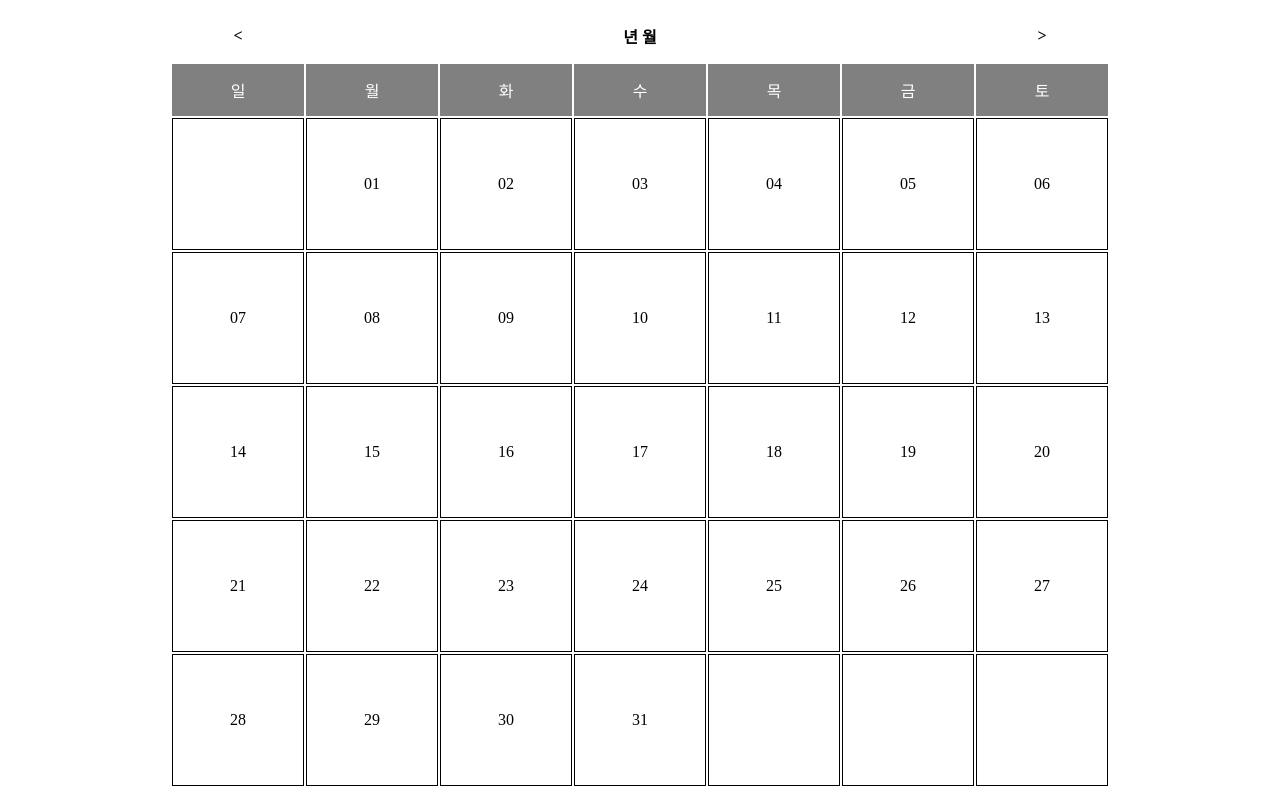
Repository: GreenPineTree/ProjectMoon
Page: http://localhost/ProjectMoon/WEB-INF/views/accountbook/assetmanageView_2.jsp
The author's editor kept a copy of each file at every save. The page is drawn from the files as they stood at one save, then again after the next save.
The browser window is 1280 px wide. The pictures show the whole page.
The page is served by Tomcat 9. Nobody is signed in. The template is opened directly, without the code that normally fills it, so the values that code supplies are empty.

Above is the page before, as saved 2023-04-02 11:46:53.

After the next save:
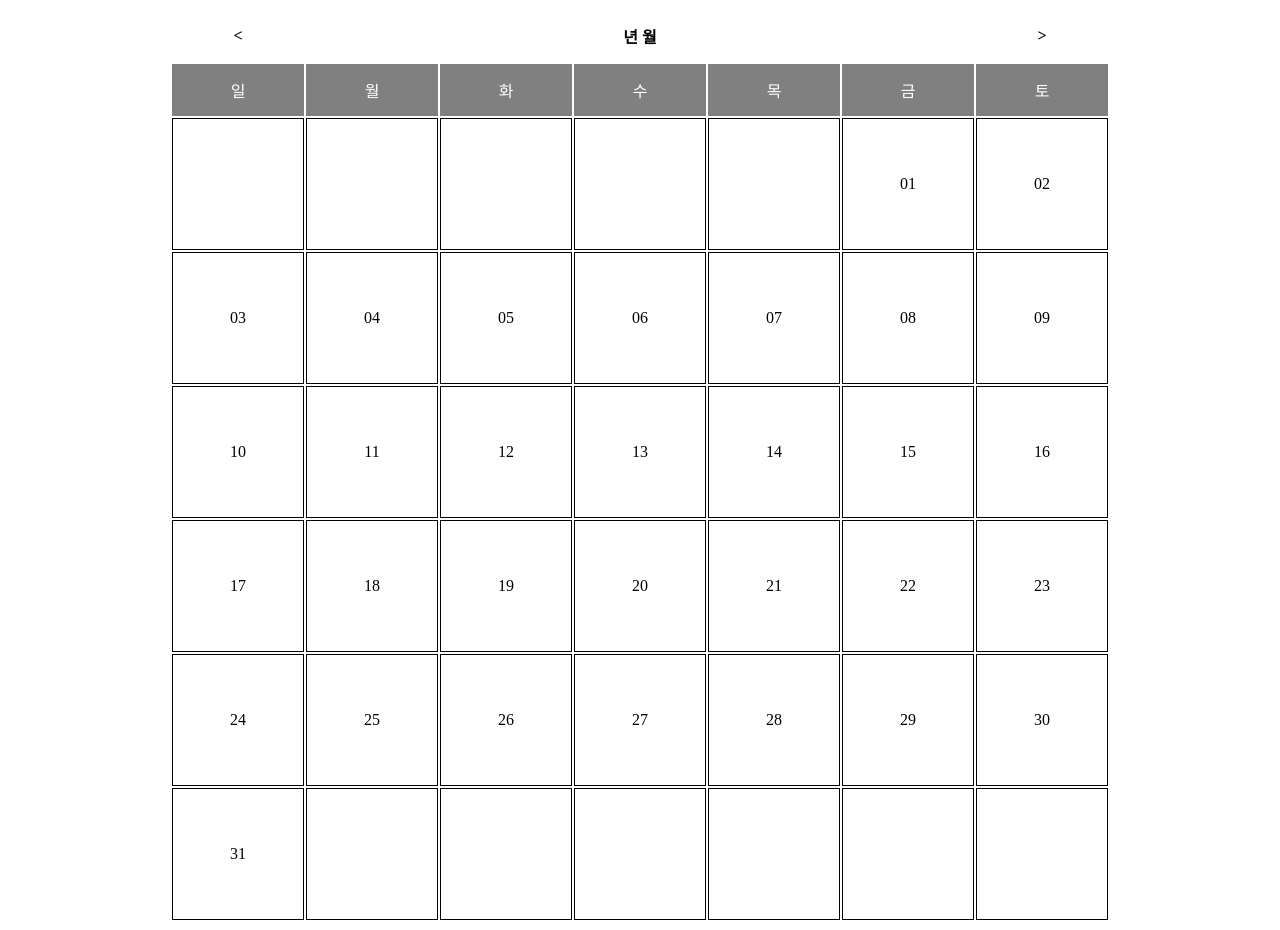
Saved 57 s later.
--- a/ProjectMoon/src/main/webapp/WEB-INF/views/accountbook/assetmanageView_2.jsp
+++ b/ProjectMoon/src/main/webapp/WEB-INF/views/accountbook/assetmanageView_2.jsp
@@ -22,7 +22,7 @@ function buildCalendar(){
 	//var calendarMonth = nowMonth.getMonth();	// 현재 월 구하기(월은 0부터 시작이므로 실제월보다 -1 차이가 남)
 
 	var calendarYear = $('#year').val();		// 현재 연도 구하기
-	var calendarMonth = $('#month').val();	// 현재 월 구하기(월은 0부터 시작이므로 실제월보다 -1 차이가 남)
+	var calendarMonth = $('#month').val()-1;	// 현재 월 구하기(월은 0부터 시작이므로 실제월보다 -1 차이가 남)
 	alert(calendarYear + ',' + calendarMonth);
 
 	var firstDate = new Date(calendarYear, calendarMonth, 1);		// 요일, 월, 일, 연, 시간 표기
